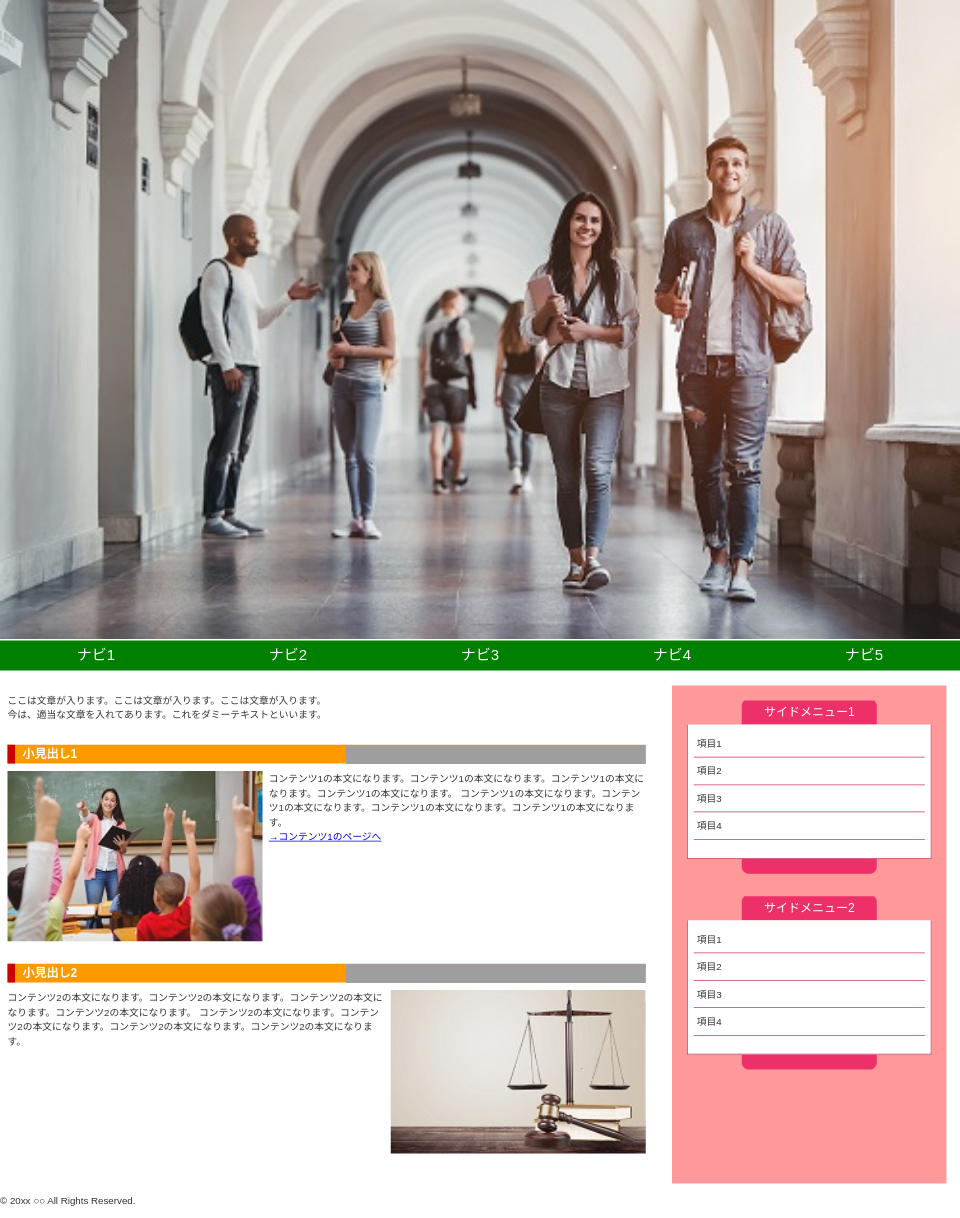
Repository: missan26/samurai_HTML-CSS
Page: index.html
The author's editor kept a record of every edit. The page is drawn from the files as they stood at one moment, then again after the next edit.
The browser window is 1280 px wide. The pictures show the whole page, at 75% of full size.
Pictures or frames that could not be fetched are drawn as grey boxes.

Above is the page before.

### index.html
<!DOCTYPE html>
<html lang="ja">
    <head>
        <meta charset="UTF-8">
        <title>HTML/CSSの学習</title>
        <link rel="stylesheet" href="stylesheet.css">
    </head>
    <body>
        <div id="header">
            <h1><a href="index.html"><img id="corridor" src="images/corridor.jpg" alt="大学の廊下" /></a></h1>
        </div>
        <div id="wrapper">
            <div id="nav">
                <ul>
                    <li><a href="home.html">ナビ1</a></li>
                    <li><a href="#">ナビ2</a></li>
                    <li><a href="#">ナビ3</a></li>
                    <li><a href="#">ナビ4</a></li>
                    <li><a href="#">ナビ5</a></li>
                </ul>
            </div>
            <div id="container">
                <div id="main">
                    <div class="post">
                        <p>ここは文章が入ります。ここは文章が入ります。ここは文章が入ります。<br />今は、適当な文章を入れてあります。これをダミーテキストといいます。</p>
                    </div>
                    <div class="post clearfix">
                        <h2>小見出し1</h2>
                        <img class="left" src="images/classroom.jpg" alt="授業風景" />
                        <p>
                            コンテンツ1の本文になります。コンテンツ1の本文になります。コンテンツ1の本文になります。コンテンツ1の本文になります。
                            コンテンツ1の本文になります。コンテンツ1の本文になります。コンテンツ1の本文になります。コンテンツ1の本文になります。
                        </p>
                        <p><a href="#">→コンテンツ1のページへ</a></p>
                    </div>
                    <div class="post clearfix">
                        <h2>小見出し2</h2>
                        <img class="right" src="images/scale.jpg" alt="天秤" />
                        <p>
                            コンテンツ2の本文になります。コンテンツ2の本文になります。コンテンツ2の本文になります。コンテンツ2の本文になります。
                            コンテンツ2の本文になります。コンテンツ2の本文になります。コンテンツ2の本文になります。コンテンツ2の本文になります。
                        </p>
                    </div>
                </div>
                <div id="side">
                    <div class="box">
                        <h2>サイドメニュー1</h2>
                        <div class="boxBody">
                            <ul>
                                <li>項目1</li>
                                <li>項目2</li>
                                <li>項目3</li>
                                <li>項目4</li>
                            </ul>
                        </div>
                    </div>
                    <div class="box">
                        <h2>サイドメニュー2</h2>
                        <div class="boxBody">
                            <ul>
                                <li>項目1</li>
                                <li>項目2</li>
                                <li>項目3</li>
                                <li>項目4</li>
                            </ul>
                        </div>
                    </div>
                </div>
            </div>
        </div>
        <div id="footer">
            <p>&copy; 20xx ○○ All Rights Reserved.</p>
        </div>
    </body>
</html>

### stylesheet.css
@charset "utf-8";

body {
margin: 0;
padding: 0;
font-family: "ヒラギノ角ゴ Pro W3", "Hiragino Kaku Gothic Pro", "メイリオ", Meiryo, Osaka, "ＭＳ Ｐゴシック", "MS PGothic", sans-serif;
color: #333;
font-size: 13px;
line-height: 150%;
}

/ -------------------- wrapper -------------------- /
#wrapper {
width: 100%;
margin: auto;
padding: 0px;
border: 0px;
background-color: #FFF;
top: 10px;
}

/ -------------------- header -------------------- /
#header {
width: 100%;
}
#header h1 {
margin: 0;
padding: 0;
}

#corridor {
width: 100%;
height: auto;
}

/ -------------------- footer -------------------- /
#footer {
clear: both;
width: 100%;
padding: 3px 0 3px 0;
background: #39F;
color: #FFF;
font-weight: bold;
text-align: center;
}

/* -------------------- nav -------------------- */
#nav {
width: 100%;
}
#nav ul {
display:flex;
margin: 0;
padding: 0;
list-style-type: none;
}
#nav ul li {
width: 20%;
text-align: center;
}
#nav ul li a {
display: block;
height: 20px;
margin: 0;
padding: 10px;
color: #FFF;
font-size: 20px;
text-decoration: none;
background-color: green;
}
#nav ul li a:hover {
filter: drop-shadow(10px 10px 10px black);
}

/* -------------------- container -------------------- */
#container {
width: 100%;
margin: auto ;
padding: auto;
padding-top: 20px;
clear: both;
display: grid;
grid-template-columns: 70vw 30vw;
}
/* -------------------- main -------------------- */
#main {
width: 95%;
padding: 10px 30px 10px 10px;
}
#main h2 {
margin: 0 0 10px 0;
padding: 3px 10px 3px 10px;
color: #FFF;
font-size: 16px;
border-left: solid 10px #C00;
background: #F90 url(../images/main_h2.jpg) right top repeat-y;
}
#main p {
margin: 0;
padding: 0;
}
#main .post {
margin: 0 0 30px 0;
}

#main .post img.right {
margin: 0 0 0 8px;
}
#main .post img.left {
margin: 0 8px 0 0;
}

.right {
float: right;
width: 40%;
height: auto;
}
.left {
float: left;
width: 40%;
height: auto;
}

/* -------------------- clearfix -------------------- */
.clearfix {
zoom: 1;
}
.clearfix:after{
content: "";
display: block;
clear: both;
}

/* -------------------- side -------------------- */
#side {
width: 85%;
padding: 20px;
background-color: #F99;
}
#side .box {
margin: 0 auto 30px auto;
padding: 0 0 20px 0;
background: url(images/side_box.png) bottom no-repeat;
}
#side .box h2 {
margin: 0;
padding: 8px;
text-align: center;
color: #fff;
font-size: 16px;
line-height: 16px;
font-weight: normal;
background: url(images/side_box_h2.png) center no-repeat;
}
#side .box .boxBody {
padding: 8px;
border-right: solid 1px #C36;
border-bottom: solid 1px #C36;
border-left: solid 1px #C36;
background: #fff;
}
#side .box .boxBody ul {
margin: 0 0 16px 0;
padding: 0;
}
#side .box .boxBody ul li {
padding: 8px 0 8px 4px;
list-style: none;
border-bottom: solid 1px #C36;
}
#side .box .boxBody ul li:hover {
padding: 8px 0 8px 4px;
list-style: none;
border-bottom: solid 1px #C36;
box-shadow: 0px 4px 4px rgba(0, 0, 0, 0.3);
}

After the next edit:
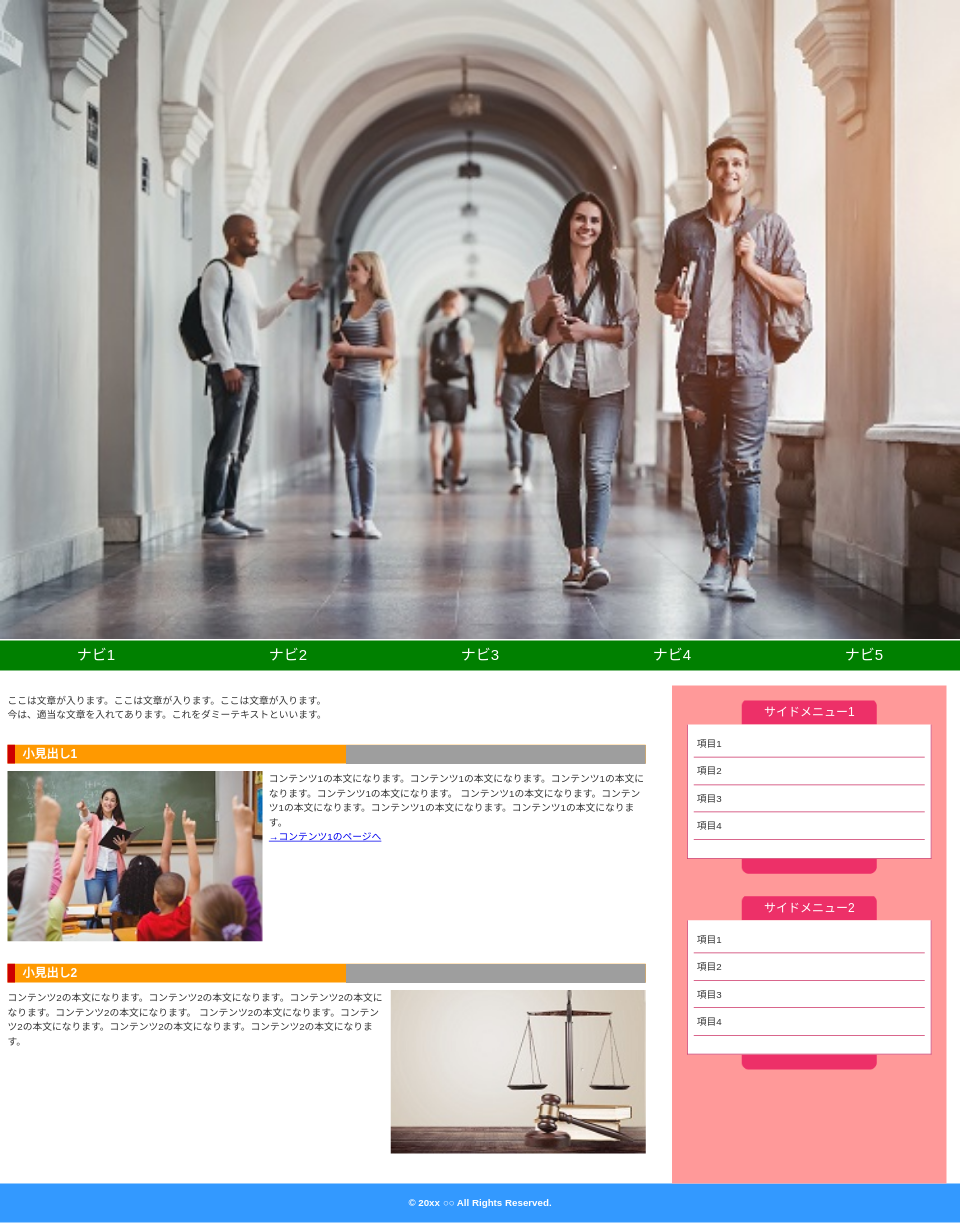
The edit:
--- a/stylesheet.css
+++ b/stylesheet.css
@@ -33,7 +33,7 @@
 height: auto;
 }
 
-/ -------------------- footer -------------------- /
+/* -------------------- footer -------------------- */
 #footer {
 clear: both;
 width: 100%;
